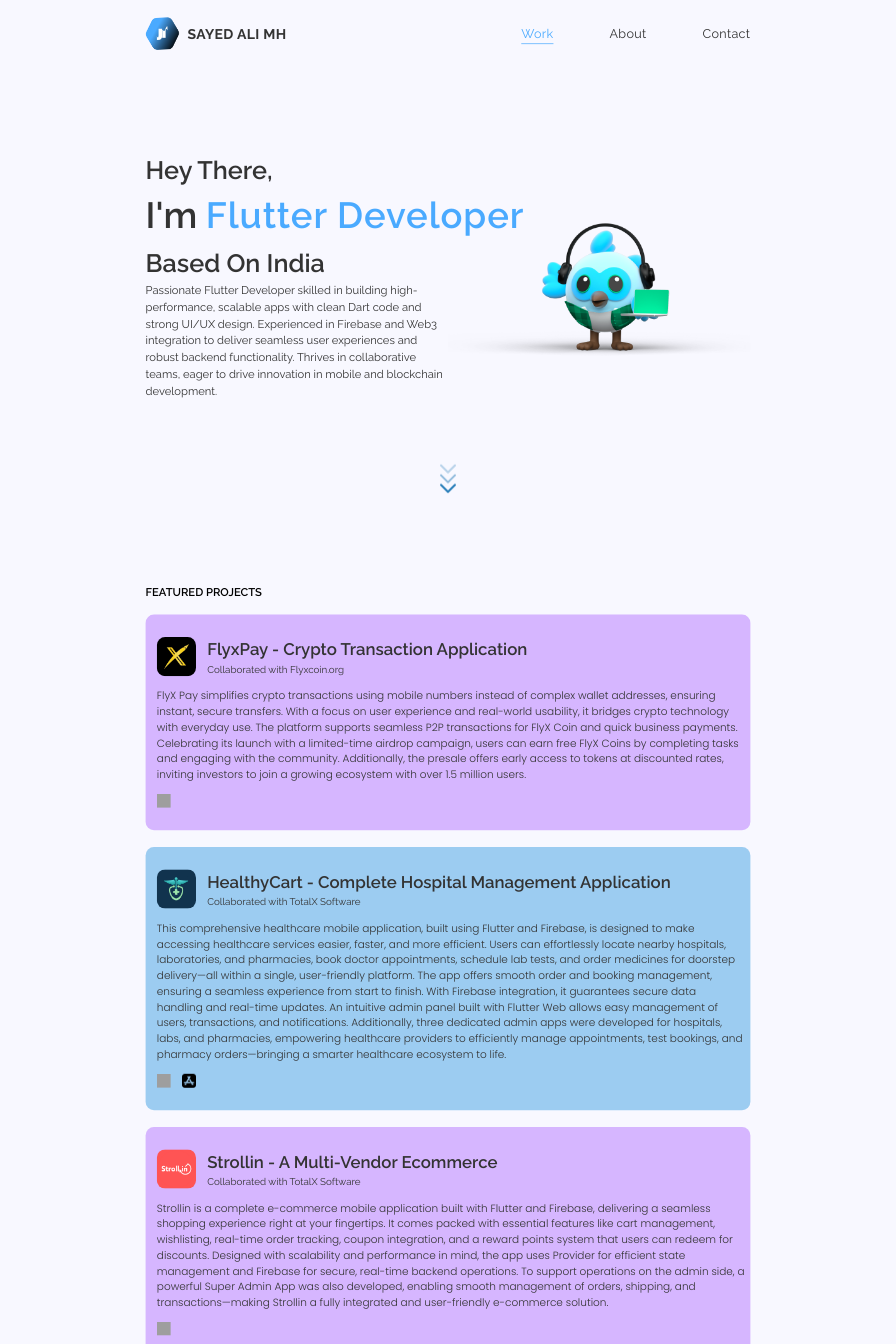
Repository: sayedali-2129/sayedali-portfolio
Page: /
The author's editor kept a copy of each file at every save. The page is drawn from the files as they stood at one save, then again after the next save.
The browser window is 1280 px wide. The pictures show the part of the page from y = 0 to 1920 px (the page is 3045 px tall), at 70% of full size.
Pictures or frames that could not be fetched are drawn as grey boxes. The project was rebuilt for these pictures with package versions that can differ from the ones it lists, and the page was loaded fresh each time. The framework's server and built-in components were replaced by stand-ins that run in the browser. Also part of the build but not shown: next.config.ts.

Above is the page before, as saved 2025-05-25 17:20:27.

### src/features/home/presentation/Home.tsx
import dynamic from "next/dynamic";

const NavBar = dynamic(() => import("../components/NavBar"), { ssr: true });
const ProfileBody = dynamic(() => import("../components/ProfileBody"), {
  ssr: true,
});
const RecentWorks = dynamic(() => import("../components/RecentWorks"), {
  ssr: true,
});

function Home() {
  return (
    <div className="overflow-hidden">
      <NavBar />
      <ProfileBody />
      <RecentWorks />
    </div>
  );
}

export default Home;

### src/features/home/components/NavBar.tsx
"use client";

import CloseIcon from "@/assets/icons/close-icon.png";
import Logo from "@/assets/icons/logo.png";
import MenuIcon from "@/assets/icons/menu.png";
import Image from "next/image";
import Link from "next/link";
import { usePathname } from "next/navigation";
import { useEffect, useState } from "react";

export default function NavBar() {
  const [showMenu, setShowMenu] = useState(false);
  const [mounted, setMounted] = useState(false);
  const pathname = usePathname();

  useEffect(() => {
    setMounted(true);
  }, []);

  const openMenu = () => {
    setShowMenu(!showMenu);
  };

  const navBarItemClass =
    "text-TextColor sm:font-RalewayRegular sm:text-lg text-[16px] font-RalewaySemiBold tracking-wide hover:cursor-pointer hover:text-TextBlue";

  return (
    <div className="z-50 md:h-24 h-20 w-full bg-BackGroundColor fixed xl:px-52 md:px-32 sm:px-16 px-4 flex flex-row items-center justify-between">
      <ul className="flex gap-2 items-center">
        <li>
          <Link href="/">
            <Image
              src={Logo}
              alt="SAYED ALI MH LOGO"
              className="md:h-12 md:w-12 h-10 w-10"
            />
          </Link>
        </li>
        <li>
          <Link
            href="/"
            className="ml-1 text-TextColor md:text-xl text-[16px] font-RalewayBold tracking-wide"
          >
            SAYED ALI MH
          </Link>
        </li>
      </ul>

      <ul className="hidden sm:flex flex-row xl:gap-20 md:gap-14 sm:gap-9">
        <li>
          <Link
            href="/"
            className={`${
              pathname === "/"
                ? "text-TextBlue underline underline-offset-8"
                : "text-TextColor"
            } sm:font-RalewayRegular sm:text-lg text-[16px] font-RalewaySemiBold tracking-wide hover:cursor-pointer hover:text-TextBlue`}
          >
            Work
          </Link>
        </li>

        <li>
          <Link
            href="/about"
            className={`${
              pathname === "/about"
                ? "text-TextBlue underline underline-offset-8"
                : "text-TextColor"
            } sm:font-RalewayRegular sm:text-lg text-[16px] font-RalewaySemiBold tracking-wide hover:cursor-pointer hover:text-TextBlue`}
          >
            About
          </Link>
        </li>

        <li>
          <a
            href="mailto:sayedalimh@gmail.com"
            target="_blank"
            rel="noopener noreferrer"
            className={navBarItemClass}
          >
            Contact
          </a>
        </li>
      </ul>
      <Image
        src={MenuIcon}
        alt="Menu Icon"
        onClick={openMenu}
        className="flex sm:hidden h-8 w-8 hover:cursor-pointer"
      />
      {mounted && (
        <>
          <div
            className={`fixed inset-0 bg-black/50 transition-opacity duration-300 sm:hidden ${
              showMenu ? "opacity-100" : "opacity-0 pointer-events-none"
            }`}
            onClick={openMenu}
          />
          <div
            className={`z-50 flex sm:hidden flex-col gap-2 rounded-xl absolute top-24 left-1/2 transform -translate-x-1/2 bg-BackGroundColor p-3 w-60 items-center transition-all duration-300 ${
              showMenu
                ? "opacity-100 translate-y-0"
                : "opacity-0 -translate-y-4 pointer-events-none"
            }`}
          >
            <div className="flex flex-row justify-end w-full">
              <Image
                src={CloseIcon}
                alt="Menu Close Icon"
                onClick={openMenu}
                className="h-6 w-6 hover:cursor-pointer"
              />
            </div>
            <Link href="/" className={navBarItemClass}>
              Work
            </Link>
            <Link href="/about" className={navBarItemClass}>
              About
            </Link>
            <a
              href="mailto:sayedalimh@gmail.com"
              target="_blank"
              rel="noopener noreferrer"
              className={navBarItemClass}
            >
              Contact
            </a>
          </div>
        </>
      )}
    </div>
  );
}

### src/features/home/components/ProfileBody.tsx
"use client";

import FlutterImg from "@/assets/images/flutter-bird.png";
import ScrollDownLottie from "@/assets/lottie/scroll-down.json";
import Lottie from "lottie-react";
import Image from "next/image";
import { useEffect, useState } from "react";
import RotatingText from "./RotatingText";

export default function ProfileBody() {
  const [mounted, setMounted] = useState(false);

  useEffect(() => {
    setMounted(true);
  }, []);

  return (
    <>
      <div className="md:mt-32 mt-24 xl:px-52 md:px-20 sm:px-12 px-2 flex flex-wrap items-center justify-center">
        <div className="md:w-1/2 w-full order-2 md:order-1 md:h-[530px] h-80 flex flex-col justify-center">
          <h2 className="xl:text-[36px] md:text-[30px] text-[26px] text-TextColor font-RalewaySemiBold">
            Hey There,
          </h2>

          <ul className="flex flex-row items-start gap-3 md:h-20 h-14">
            <li>
              <h2 className="xl:text-[52px] md:text-[45px] sm:text-[39px] text-[34px] text-TextColor font-RalewaySemiBold">
                I'm
              </h2>
            </li>
            <li>
              <RotatingText />
            </li>
          </ul>
          <h3 className="text-[36px] text-TextColor font-RalewaySemiBold">
            Based On India
          </h3>
          <p className="text-TextColor font-RalewayRegular pb-20 md:pb-0">
            Passionate Flutter Developer skilled in building high-performance,
            scalable apps with clean Dart code and strong UI/UX design.
            Experienced in Firebase and Web3 integration to deliver seamless
            user experiences and robust backend functionality. Thrives in
            collaborative teams, eager to drive innovation in mobile and
            blockchain development.
          </p>
        </div>
        <div className="md:w-1/2 order-1 md:order-2 md:h-[530px] h-72 pb-16 md:pb-0 pt-6 justify-center items-center">
          <Image
            src={FlutterImg}
            alt="Flutter Developer"
            className="h-full w-full object-contain"
          />
        </div>
      </div>

      {mounted && (
        <Lottie
          animationData={ScrollDownLottie}
          loop={true}
          autoplay={true}
          className="md:h-12 h-10 "
        />
      )}
    </>
  );
}

### src/features/home/components/RecentWorks.tsx
import recentWorks from "../data/RecentWorksData";
import RecentWorkFrame from "./RecentWorkFrame";

export default function RecentWorks() {
  return (
    <div className="md:mt-32 mt-16 xl:px-52 md:px-20 sm:px-12 px-2 pb-16">
      <div className="flex flex-col items-center justify-center gap-6">
        <div className="xl:w-full flex flex-row h-5 justify-start items-start w-full">
          <h4 className="font-RalewaySemiBold ">FEATURED PROJECTS</h4>
        </div>
        {recentWorks.map((work, index) => (
          <RecentWorkFrame
            key={index}
            title={work.title}
            description={work.description}
            image={work.image.src}
            color={work.color}
            playstoreLink={work.playstoreLink}
            appstoreLink={work.appstoreLink}
            collabWith={work.collabWith}
          />
        ))}
      </div>
    </div>
  );
}

### src/features/home/components/RotatingText.tsx
"use client";

import { AnimatePresence, motion } from "framer-motion";
import { useEffect, useState } from "react";

export default function RotatingText() {
  const TEXTS = ["Sayed Ali MH", "Flutter Developer"];
  const [index, setIndex] = useState(0);

  useEffect(() => {
    const intervalId = setInterval(() => {
      setIndex((prev) => (prev + 1) % TEXTS.length);
    }, 3000);
    return () => clearInterval(intervalId);
  }, []);

  return (
    <div>
      <AnimatePresence mode="wait">
        <motion.span
          key={TEXTS[index]} // important for re-render
          initial={{ opacity: 0, y: 4 }}
          animate={{ opacity: 1, y: 0 }}
          exit={{ opacity: 0, y: -5 }}
          transition={{ duration: 0.5 }}
          className="xl:text-[52px] md:text-[45px] sm:text-[39px] text-[34px] font-RalewaySemiBold tracking-wide text-TextBlue absolute"
        >
          {TEXTS[index]}
        </motion.span>
      </AnimatePresence>
    </div>
  );
}

### src/features/home/data/RecentWorksData.js
import chahel from "@/assets/images/works/chahel.jpg";
import flyx from "@/assets/images/works/flyx.png";
import healthyCart from "@/assets/images/works/healthycart.png";
import kurikkal from "@/assets/images/works/kurikkal.jpg";
import sayidCj from "@/assets/images/works/sayidCj.jpg";
import strollin from "@/assets/images/works/strollin.png";

const recentWorks = [
  {
    index: 0,
    title: "FlyxPay - Crypto Transaction Application",
    collabWith: "Flyxcoin.org",
    description:
      "FlyX Pay simplifies crypto transactions using mobile numbers instead of complex wallet addresses, ensuring instant, secure transfers. With a focus on user experience and real-world usability, it bridges crypto technology with everyday use. The platform supports seamless P2P transactions for FlyX Coin and quick business payments. Celebrating its launch with a limited-time airdrop campaign, users can earn free FlyX Coins by completing tasks and engaging with the community. Additionally, the presale offers early access to tokens at discounted rates, inviting investors to join a growing ecosystem with over 1.5 million users. ",
    image: flyx,
    color: "#D6B6FF",
    playstoreLink: "https://play.google.com/store/apps/details?id=com.flyx.pay",
    appstoreLink: undefined,
  },
  {
    index: 1,
    title: "HealthyCart - Complete Hospital Management Application",
    description:
      "This comprehensive healthcare mobile application, built using Flutter and Firebase, is designed to make accessing healthcare services easier, faster, and more efficient. Users can effortlessly locate nearby hospitals, laboratories, and pharmacies, book doctor appointments, schedule lab tests, and order medicines for doorstep delivery—all within a single, user-friendly platform. The app offers smooth order and booking management, ensuring a seamless experience from start to finish. With Firebase integration, it guarantees secure data handling and real-time updates. An intuitive admin panel built with Flutter Web allows easy management of users, transactions, and notifications. Additionally, three dedicated admin apps were developed for hospitals, labs, and pharmacies, empowering healthcare providers to efficiently manage appointments, test bookings, and pharmacy orders—bringing a smarter healthcare ecosystem to life.",
    collabWith: "TotalX Software",
    image: healthyCart,
    color: "#9CCCF1",
    playstoreLink:
      "https://play.google.com/store/apps/details?id=com.healthy_cart_user",
    appstoreLink: "https://apps.apple.com/in/app/healthy-cart/id6740842513",
  },
  {
    index: 2,
    title: "Strollin - A Multi-Vendor Ecommerce",
    description:
      "Strollin is a complete e-commerce mobile application built with Flutter and Firebase, delivering a seamless shopping experience right at your fingertips. It comes packed with essential features like cart management, wishlisting, real-time order tracking, coupon integration, and a reward points system that users can redeem for discounts. Designed with scalability and performance in mind, the app uses Provider for efficient state management and Firebase for secure, real-time backend operations. To support operations on the admin side, a powerful Super Admin App was also developed, enabling smooth management of orders, shipping, and transactions—making Strollin a fully integrated and user-friendly e-commerce solution.",
    collabWith: "TotalX Software",
    image: strollin,
    color: "#D6B6FF",
    playstoreLink: "https://play.google.com/store/apps/details?id=com.strollin",
    appstoreLink: undefined,
  },
  {
    index: 3,
    title: "Sayid CJ - Video Streaming and Chat Mobile App",
    description:
      "Sayid CJ is an educational app developed under Total X Softwares, crafted to empower learners with practical and impactful training in business accounting, taxation, and personal development. The app features high-quality video lessons, downloadable PDFs for offline access, and an interactive chat system that supports voice, image, and text communication with admins—creating an engaging and supportive learning environment. Learners can mark lessons as favorites for easy reference, ensuring a personalized experience. Built with Flutter, powered by Firebase, and managed using Provider for smooth performance, Tasc By Sayid CJ brings flexible, accessible, and career-focused learning to your fingertips.",
    collabWith: "TotalX Software",
    image: sayidCj,
    color: "#9CCCF1",
    playstoreLink: "https://play.google.com/store/apps/details?id=com.sayidcj",
    appstoreLink:
      "https://apps.apple.com/us/app/tasc-buz-powered-by-sayid-cj/id6738337961",
  },
  {
    index: 4,
    title: "Kurikkal - An Ecommerce Application",
    description:
      "Kurikkal Business Park is a wholesale e-commerce mobile application built with Flutter and Firebase. It comes with essential features like cart management, wishlisting, real-time order tracking, credit and wallet option. Designed with scalability and performance in mind, the app uses Provider for efficient state management and Firebase for secure, real-time backend operations. To support operations on the admin side, a powerful Super Admin App was also developed, enabling smooth management of orders, shipping, and transactions—making Kurikkal a fully integrated and user-friendly e-commerce solution.",
    collabWith: "TotalX Software",
    image: kurikkal,
    color: "#D6B6FF",
    playstoreLink:
      "https://play.google.com/store/apps/details?id=com.kurikkalBusinessPark",
    appstoreLink: undefined,
  },
  {
    index: 5,
    title: "Chahel - Education Video Streaming Application",
    description:
      "Chahel – The e-Learning App is a comprehensive mobile and web-based solution designed to enhance the student learning experience across Android, iOS, and web platforms. Built using Flutter. Chahel offers a smooth, responsive interface tailored for modern learners. The app features engaging video lessons that make complex subjects easy to understand, downloadable PDF notes for offline study, and interactive quizzes to reinforce knowledge retention. With a dedicated admin web panel for efficient content and user management, Chahel is more than just a learning app—it’s a complete educational companion built to support students anytime, anywhere.",
    collabWith: "TotalX Software",
    image: chahel,
    color: "#9CCCF1",
    playstoreLink:
      "http://play.google.com/store/apps/details?id=com.chahel_learning",
    appstoreLink: undefined,
  },
];

export default recentWorks;

### src/features/home/components/RecentWorkFrame.tsx
"use client";

import appstore from "@/assets/icons/appstore.png";
import playstore from "@/assets/icons/playstore.png";
import { motion, useInView } from "framer-motion";
import Image from "next/image";
import { useRef } from "react";

interface RecentWorkFrameProps {
  title: string;
  description: string;
  image: string;
  color: string;
  playstoreLink: string | undefined;
  appstoreLink: string | undefined;
  collabWith: string;
}

export default function RecentWorkFrame({
  title,
  description,
  image,
  color,
  playstoreLink,
  appstoreLink,
  collabWith,
}: RecentWorkFrameProps) {
  const ref = useRef(null);
  const isInView = useInView(ref, { once: true, margin: "-100px" });

  return (
    <motion.div
      ref={ref}
      initial={{ opacity: 0, x: 100 }}
      animate={isInView ? { opacity: 1, x: 0 } : { opacity: 0, x: 100 }}
      transition={{ duration: 0.5, ease: "easeOut" }}
      className="md:w-full w-full py-8 flex flex-col gap-4 pl-4 pr-2 rounded-xl"
      style={{ backgroundColor: color }}
    >
      <div className="flex flex-row items-start">
        <Image
          src={image}
          alt={title}
          width={56}
          height={56}
          className="md:h-14 h-12 rounded-xl object-contain"
        />
        <ul className="flex flex-col justify-center px-4">
          <li>
            <h4 className="font-RalewaySemiBold md:text-[24px] text-[16px] text-TextColor">
              {title}
            </h4>
          </li>
          <li>
            <p className="font-RalewayRegular md:text-[14px] text-[11px] text-TextColor">
              Collaborated with {collabWith}
            </p>
          </li>
        </ul>
      </div>

      <div className="w-full">
        <p className="font-PoppinsLight  md:text-[15px] text-[12px] text-TextColor">
          {description}
        </p>
      </div>
      <div className="flex flex-row gap-4">
        <a href={playstoreLink} target="_blank" rel="noopener noreferrer">
          <Image
            src={playstore}
            alt="playstore"
            width={20}
            height={20}
            className="md:w-5 md:h-5 w-4 h-4"
          />
        </a>
        {appstoreLink !== undefined && (
          <a href={appstoreLink} target="_blank" rel="noopener noreferrer">
            <Image
              src={appstore}
              alt="appstore"
              width={20}
              height={20}
              className="md:w-5 md:h-5 w-4 h-4"
            />
          </a>
        )}
      </div>
    </motion.div>
  );
}

// SLIDE UPTO CENTER

// "use client";

// import appstore from "@/assets/icons/appstore.png";
// import playstore from "@/assets/icons/playstore.png";
// import { motion, useInView } from "framer-motion";
// import { useRef } from "react";

// interface RecentWorkFrameProps {
//   title: string;
//   description: string;
//   image: string;
//   color: string;
//   playstoreLink: string | undefined;
//   appstoreLink: string | undefined;
//   collabWith: string;
// }

// export default function RecentWorkFrame({
//   title,
//   description,
//   image,
//   color,
//   playstoreLink,
//   appstoreLink,
//   collabWith,
// }: RecentWorkFrameProps) {
//   const ref = useRef(null);
//   const isInView = useInView(ref, { once: true, margin: "-100px" });

//   return (
//     <motion.div
//       ref={ref}
//       initial={{ opacity: 0, y: 50 }}
//       animate={isInView ? { opacity: 1, y: 0 } : { opacity: 0, y: 50 }}
//       transition={{ duration: 0.5, ease: "easeOut" }}
//       className="md:w-full w-full py-8 flex flex-col gap-4 pl-4 pr-2 rounded-xl"
//       style={{ backgroundColor: color }}
//     >
//       <div className="flex flex-row items-start">
//         <img src={image} alt={title} className="md:h-14 h-12 rounded-xl" />
//         <ul className="flex flex-col justify-center px-4">
//           <li>
//             <h4 className="font-RalewaySemiBold md:text-[24px] text-[16px] text-TextColor">
//               {title}
//             </h4>
//           </li>
//           <li>
//             <p className="font-RalewayRegular md:text-[14px] text-[11px] text-TextColor">
//               Collaborated with {collabWith}
//             </p>
//           </li>
//         </ul>
//       </div>

//       <div className="w-full">
//         <p className="font-PoppinsLight  md:text-[15px] text-[12px] text-TextColor">
//           {description}
//         </p>
//       </div>
//       <div className="flex flex-row gap-4">
//         <a href={playstoreLink} target="_blank" rel="noopener noreferrer">
//           <img
//             src={playstore.src}
//             alt="playstore"
//             className="md:w-5 md:h-5 w-4 h-4"
//           />
//         </a>
//         {appstoreLink !== undefined && (
//           <a href={appstoreLink} target="_blank" rel="noopener noreferrer">
//             <img
//               src={appstore.src}
//               alt="appstore"
//               className="md:w-5 md:h-5 w-4 h-4"
//             />
//           </a>
//         )}
//       </div>
//     </motion.div>
//   );
// }

Loaded but not shown: src/app/layout.tsx (common file); src/app/page.tsx (common file); src/app/globals.css (common file); src/assets/lottie/scroll-down.json (1 lines, source omitted)

After the next save:
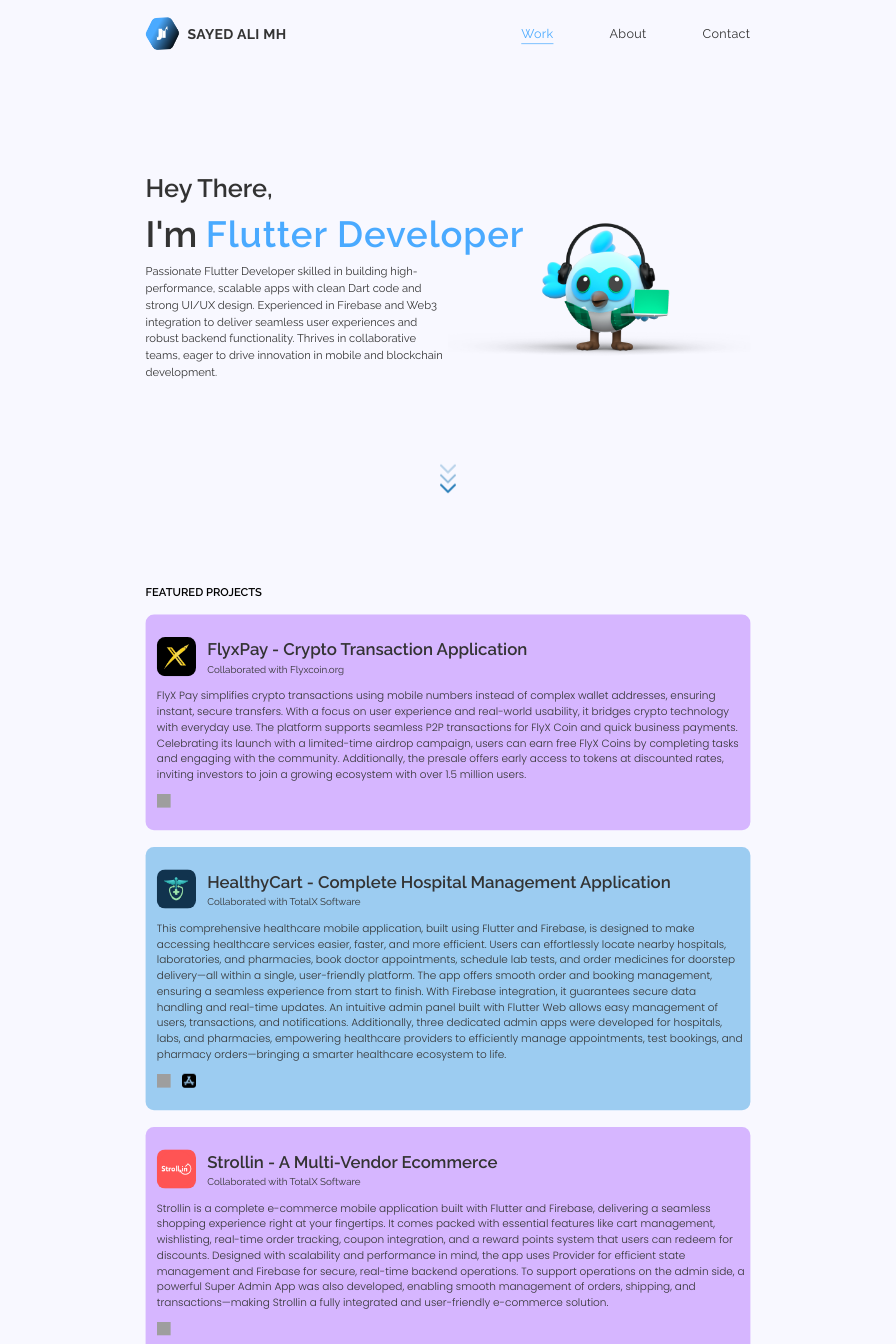
Saved 5 min 53 s later.
--- a/src/features/home/components/ProfileBody.tsx
+++ b/src/features/home/components/ProfileBody.tsx
@@ -32,9 +32,9 @@
               <RotatingText />
             </li>
           </ul>
-          <h3 className="text-[36px] text-TextColor font-RalewaySemiBold">
+          {/* <h3 className="text-[36px] text-TextColor font-RalewaySemiBold">
             Based On India
-          </h3>
+          </h3> */}
           <p className="text-TextColor font-RalewayRegular pb-20 md:pb-0">
             Passionate Flutter Developer skilled in building high-performance,
             scalable apps with clean Dart code and strong UI/UX design.
